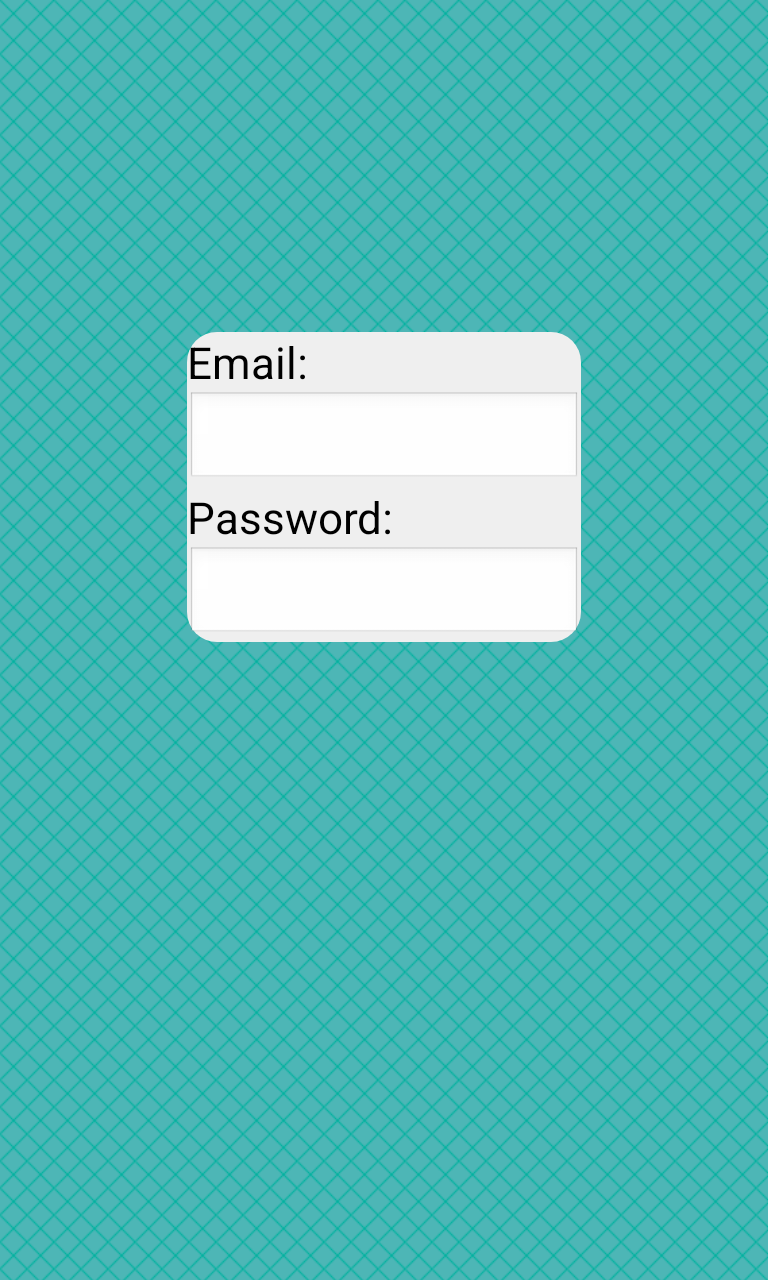
Repository: ppamorim/Coderock-X
Layout: workspace-Android/teste1/res/layout/activity_login.xml
These files come from the project's save history. The layout is drawn as it stood at one moment and after the next save; the edit follows.
It is drawn on a 768 x 1280 px phone screen (xhdpi) without system bars, with theme android:Theme.NoTitleBar; the app's code is not run.

Above is the layout before, as saved 2014-01-05 05:59:28.

After the next save:
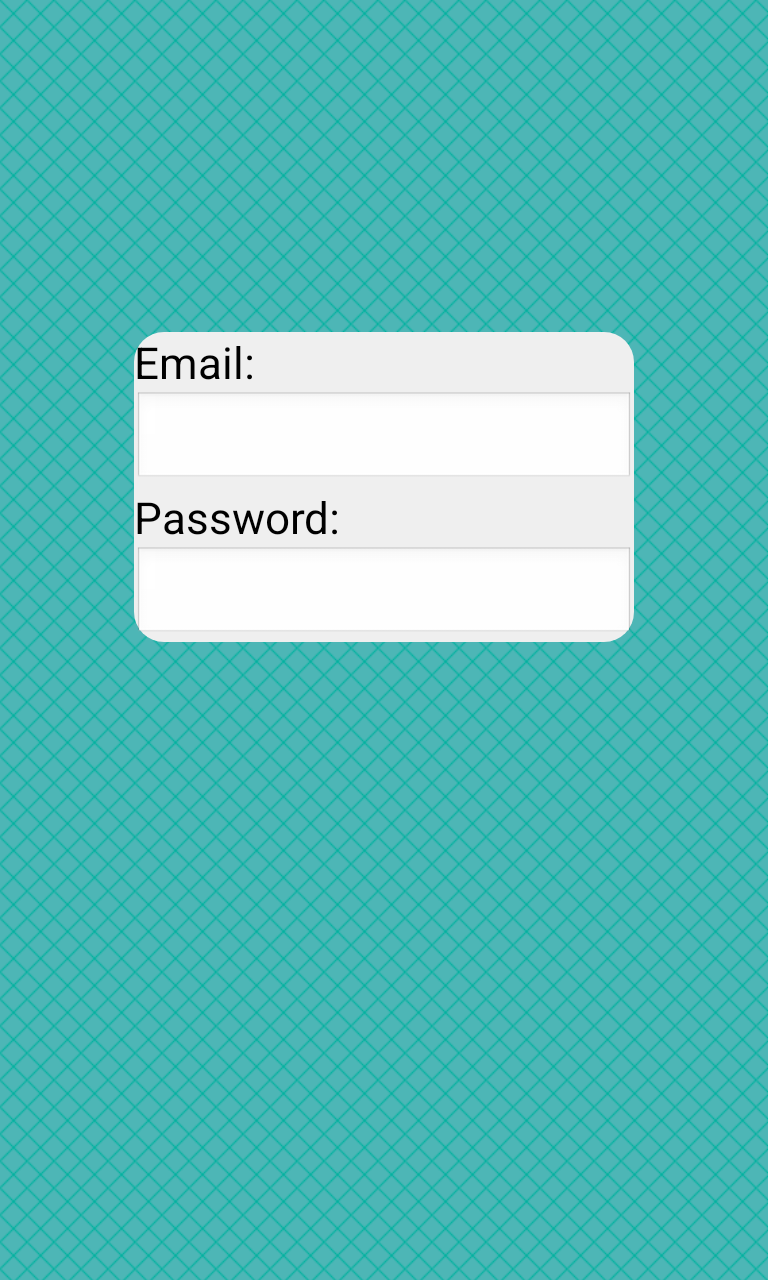
Saved 50 s later.
--- a/workspace-Android/teste1/res/layout/activity_login.xml
+++ b/workspace-Android/teste1/res/layout/activity_login.xml
@@ -21,7 +21,7 @@
         android:background="@layout/rounded" />-->
 
     <FrameLayout
-        android:layout_width="197dp"
+        android:layout_width="250dp"
         android:layout_height="wrap_content"
         android:layout_gravity="center"
         android:background="@layout/rounded"
